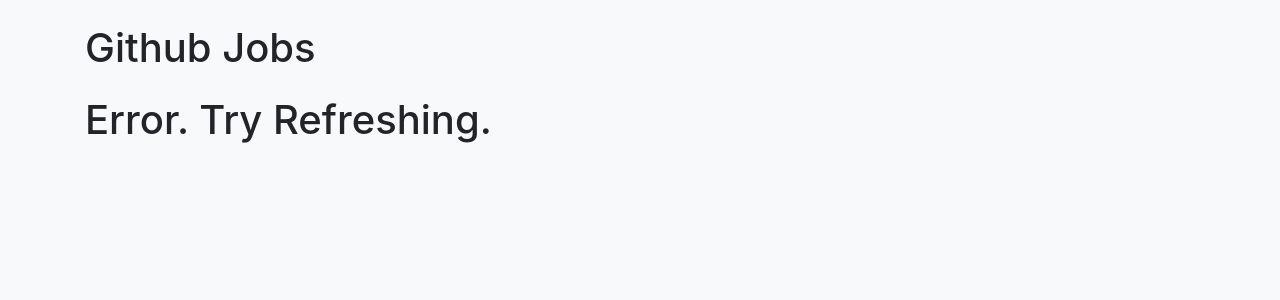
Repository: Nakamurus/github_jobs_react_hooks_typescript
Page: /
The author's editor kept a copy of each file at every save. The page is drawn from the files as they stood at one save, then again after the next save.
The browser window is 1280 px wide. The pictures show the whole page.
The page's requests for data from a server got no answer. The project was rebuilt for these pictures with package versions that can differ from the ones it lists, and the page was loaded fresh each time. No one was signed in, and anything a server would have sent is missing. Also part of the build but not shown: src/Job.tsx.

Above is the page before, as saved 2021-02-07 14:08:31.

After the next save:
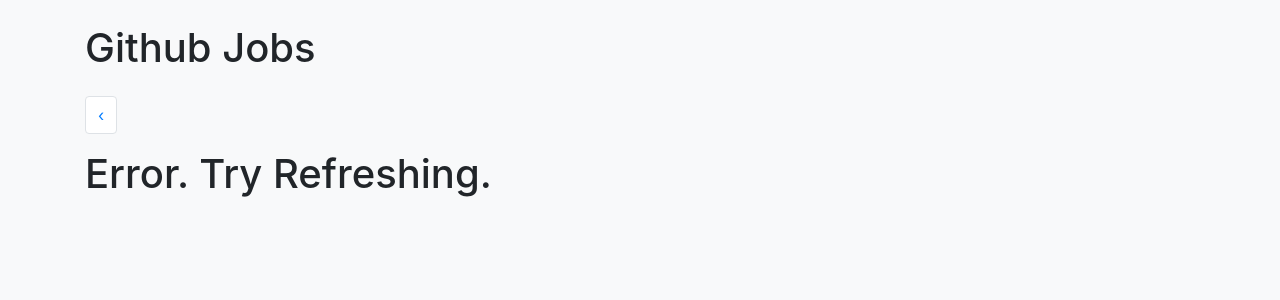
Saved 44 s later.
--- a/src/App.tsx
+++ b/src/App.tsx
@@ -2,6 +2,7 @@
 import useFetchJobs from './useFetchJobs';
 import { Container } from 'react-bootstrap'
 import Job from './Job'
+import JobsPagination from './JobsPagination';
 
 function App() {
   const [params, setParams] = useState({})
@@ -10,6 +11,7 @@
   return (
     <Container className="my-4">
       <h1 className="mb-4">Github Jobs</h1>
+      <JobsPagination page={page} setPage={setPage}/>
       {loading && <h1>Loading...</h1>}
       {error && <h1>Error. Try Refreshing.</h1>}
       {jobs.map(job => {
